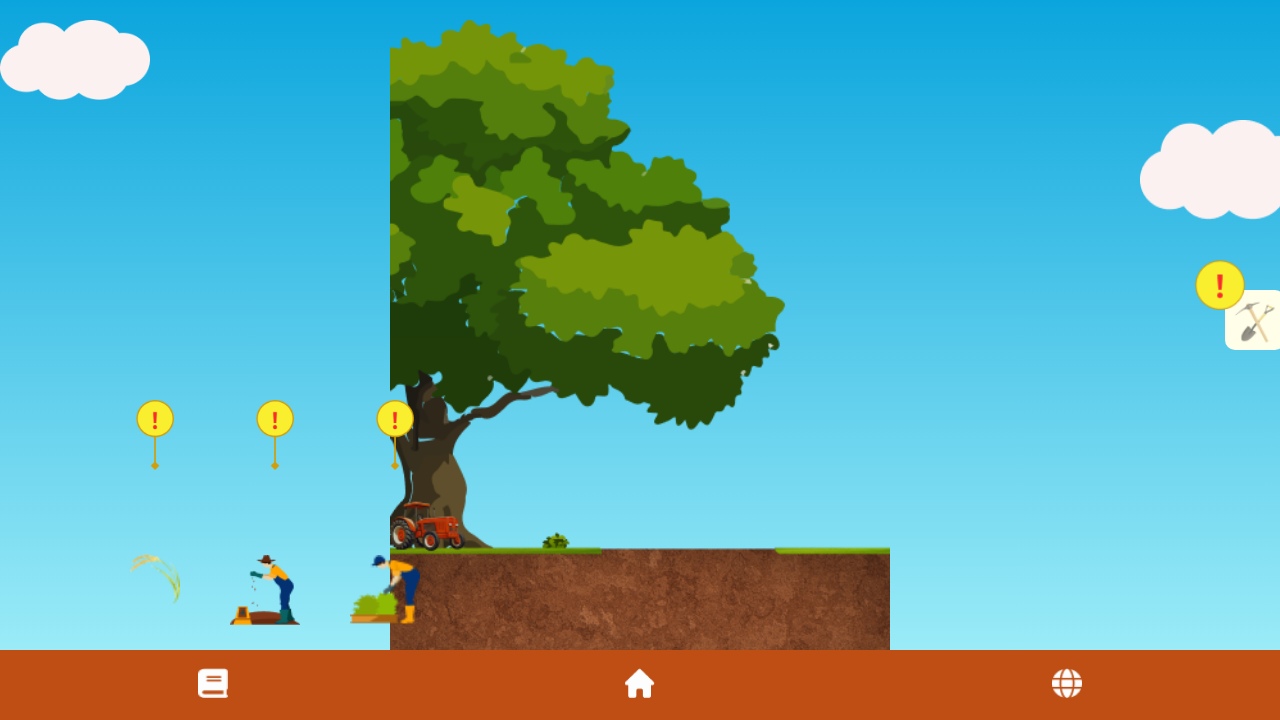
Repository: kobuchisouta/kome-app
Page: /
An editor plug-in stored every save of this project. The page is shown before and after the next save, followed by the edit.
The browser window is 1280 px wide. The pictures show the whole page.
The project was rebuilt for these pictures with package versions that can differ from the ones it lists, and the page was loaded fresh each time. The framework's server and built-in components were replaced by stand-ins that run in the browser. Also part of the build but not shown: next.config.ts.

Above is the page before, as saved 2025-01-29 11:16:50.

### src/app/layout.tsx
import type { Metadata } from "next";
import localFont from "next/font/local";
import "./globals.css";
import Footer from "./components/footer/Footer";

const geistSans = localFont({
  src: "./fonts/GeistVF.woff",
  variable: "--font-geist-sans",
  weight: "100 900",
});
const geistMono = localFont({
  src: "./fonts/GeistMonoVF.woff",
  variable: "--font-geist-mono",
  weight: "100 900",
});

export const metadata: Metadata = {
  title: "Create Next App",
  description: "Generated by create next app",
};

export default function RootLayout({
  children,
}: Readonly<{
  children: React.ReactNode;
}>) {
  return (
    <html lang="ja">
      <body>
        <header>
        </header>
        <main>

          {children}
        </main>
        <Footer />
      </body>
    </html>

  );
}

### src/app/page.tsx
"use client";
import Head from 'next/head';
import Image from 'next/image';
import { useState } from 'react';
import styles from './page.module.css'; // モジュールCSS
import Link from 'next/link';

export default function Home() {
  const [isModalOpen, setIsModalOpen] = useState(false);

  const openModal = () => setIsModalOpen(true);
  const closeModal = () => setIsModalOpen(false);

  return (
    <>
      <Head>
        <title>米⭐︎すたー</title>
        <meta name="viewport" content="width=device-width,initial-scale=1.0,minimum-scale=1.0" />
        <meta name="description" content="ここに説明文を設定" />
      </Head>

      <main className={styles.main}>
        <div className={styles.contents}>
          <div className={styles.clouds}>
            <p className={styles.cloud1}>
              <Image src="/cloud1.png" alt="雲" width={150} height={80} />
            </p>
            <p className={styles.cloud2}>
              <Image src="/cloud2.png" alt="雲" width={170} height={100} />
            </p>
          </div>

          <div className={styles.tools}>
            <div className={styles.toolBar}>
              <p>
                <Image src="/tools.png" alt="道具" width={50} height={50} />
              </p>
            </div>
            <div className={styles.lookUp}>
              <p>
                <Image src="/pickup.png" alt="見て" width={50} height={50} />
              </p>
            </div>
          </div>

          <div className={styles.stages}>
            <div className={styles.stagePick}>
              <a className={`${styles.stage} ${styles.modalOpen}`} onClick={openModal}>
                <Image src="/pick.png" alt="クリック" width={70} height={70} />
              </a>
              <a className={`${styles.stage} ${styles.modalOpen}`} onClick={openModal}>
                <Image src="/pick.png" alt="クリック" width={70} height={70} />
              </a>
              <a className={`${styles.stage} ${styles.modalOpen}`} onClick={openModal}>
                <Image src="/pick.png" alt="クリック" width={70} height={70} />
              </a>
            </div>

            {isModalOpen && (
              <div className={styles.modal}>
                <div className={styles.modalInner}>
                  <div className={styles.modalContent}>
                    <div className={styles.modalHeader}>
                      <h1>土地選びと購入準備</h1>
                    </div>
                    <div className={styles.modalBody}>
                      <Link href={"/home"}>エリア調査</Link>
                      <Link href={"/home"}>土地の購入</Link>
                      <a href="#">土地の整地</a>
                      <a href="#">水利権の確認</a>
                      <a href="#">情報収集</a>
                    </div>
                    <div className={styles.modalFooter}>
                      <span className={styles.modalClose} onClick={closeModal}>
                        閉じる
                      </span>
                    </div>
                  </div>
                </div>
              </div>
            )}

            <div className={styles.stageImg}>
              <a className={styles.stage1} >
                <Image src="/ine.png" alt="稲" width={50} height={50} />
              </a>
              <a className={styles.stage2}>
                <Image src="/makimaki.png" alt="田植え" width={70} height={70} />
              </a>
              <a className={styles.stage3}>
                <Image src="/sawasawa.png" alt="手入れ" width={70} height={70} />
              </a>
            </div>
          </div>
        </div>
      </main>
    </>
  );
}

### src/app/globals.css
* {
	margin: 0;
	padding: 0;
	box-sizing: border-box;
}
body {
	color: var(--foreground);
	background: var(--background);
	font-family: Arial, Helvetica, sans-serif;
	-webkit-font-smoothing: antialiased;
	-moz-osx-font-smoothing: grayscale;
	display: flex;
	flex-direction: column;
	width: 100%;
	height: 100%;
	margin: 0 auto;
}

* {
	box-sizing: border-box;
	text-decoration: none;
	list-style: none;
}

html {
	width: 100%;
	height: 100vh;
}

### src/app/components/footer/Footer.tsx

import Image from 'next/image';
import styles from './style.module.css';

export default function Footer() {
    return (
        <footer className={styles.footer}>
            <a href='/book' className={styles.book}>
                <Image src="/book.png" alt="book" width={30} height={30} />
            </a>
            <a href='/' className={styles.home}>
                <Image src="/house.png" alt="house" width={30} height={30} />
            </a>
            <a href='/news' className={styles.globe}>
                <Image src="/globe.png" alt="globe" width={30} height={30} />
            </a>
        </footer>
    );
}

### src/app/page.module.css
.main {
	background: url("/tree.png"), linear-gradient(#0ba5dd 0%, #aaf3fa 100%);
	background-repeat: no-repeat, no-repeat;
	background-position: bottom, center; /* 画像を中央に配置 */
	background-size: 500px 700px, auto; /* グラデーションは自動サイズ、画像はカバー */
	width: 100%;
	height: 100vh;
	position: fixed;
}

.contents {
	z-index: 100;
}

.clouds {
	.cloud1 {
		position: absolute;
		top: 20px;
	}

	.cloud2 {
		position: absolute;
		top: 120px;
		right: -30px;
	}
}
.tools {
	background: #fffee9;
	border-radius: 10px;
	width: 60px;
	height: 60px;
	position: absolute;
	right: -5px;
	top: 290px;

	.toolBar img {
		position: absolute;
		top: 8px;
		left: 4px;
	}

	.lookUp img {
		position: absolute;
		left: -30px;
		top: -30px;
	}
}

.stages {
	.stageImg {
		position: relative;
		display: flex;
		gap: 50px;
		top: 555px;
		left: 130px;
	}

	.stagePick {
		position: absolute;
		bottom: 220px;
		left: 120px;
		display: flex;
		gap: 20px;
		align-items: flex-end;
		background-color: transparent; /* 必要に応じて透明に設定 */
	}
	.stagePick:hover {
		animation: poyopoyo 2s ease-out infinite;
		opacity: 1;
	}
	@keyframes poyopoyo {
		0%,
		40%,
		60%,
		80% {
			transform: scale(1.0);
		}
		50%,
		70% {
			transform: scale(0.95);
		}
	}

	.stagePick {
		background-color: none;
	}

	.stage {
		position: relative;
		width: 100px;
		height: 100px;
	}
	.stage img {
		position: absolute;
		object-fit: contain;
	}
}

.modal {
	position: fixed;
	top: 0;
	left: 0;
	width: 100%;
	height: 100%;
	background-color: rgba(0, 0, 0, 0.5);
	display: flex;
	justify-content: center;
	align-items: center;
	z-index: 1000;
}

.modalInner {
	background-color: #f2ac3b;
	padding: 20px;
	border-radius: 10px;
	width: 80%;
	max-width: 500px;
}

.modalHeader,
.modalBody,
.modalFooter {
	margin-bottom: 10px;
	display: flex;
	justify-content: center;
	align-items: center;
	flex-direction: column;
	gap: 10px;
}

.modalHeader h1 {
	color: #fff;
	font-size: 1.5rem;
}

.modalBody a {
	color: #fff;
	border: #fff solid 1px;
	width: 100%;
	height: 50px;
	font-weight: bold;
	text-align: center;
	line-height: 50px;
	border-radius: 8px;
}

.modalClose {
	width: 150px;
	height: 50px;
	border-radius: 8px;
	text-align: center;
	line-height: 50px;
	background: #fff;
}
@keyframes modalopen {
	from {
		opacity: 0;
	}
	to {
		opacity: 1;
	}
}

.modal-header h1 {
	margin: 1rem 0;
}

.modal-close {
	font-size: 1.8rem;
}

.modal-close:hover {
	cursor: pointer;
}

### src/app/components/footer/style.module.css
.footer {
	width: 100%;
	height: 70px;
	display: flex;
	justify-content: space-around;
	align-items: center;
	background: #be4e14;
	z-index: 100;
	position: fixed;
	bottom: 0;
}

After the next save:
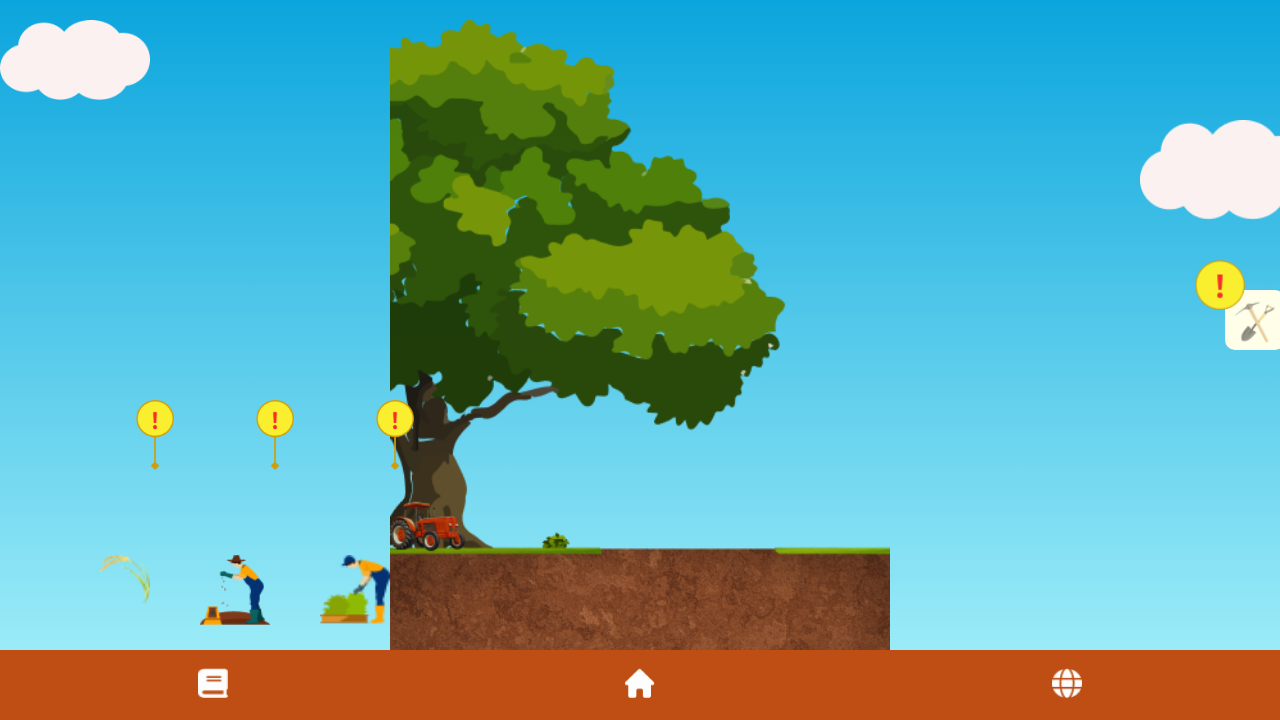
Saved 11 s later.
--- a/src/app/page.module.css
+++ b/src/app/page.module.css
@@ -52,7 +52,7 @@
 		display: flex;
 		gap: 50px;
 		top: 555px;
-		left: 130px;
+		left: 100px;
 	}
 
 	.stagePick {
